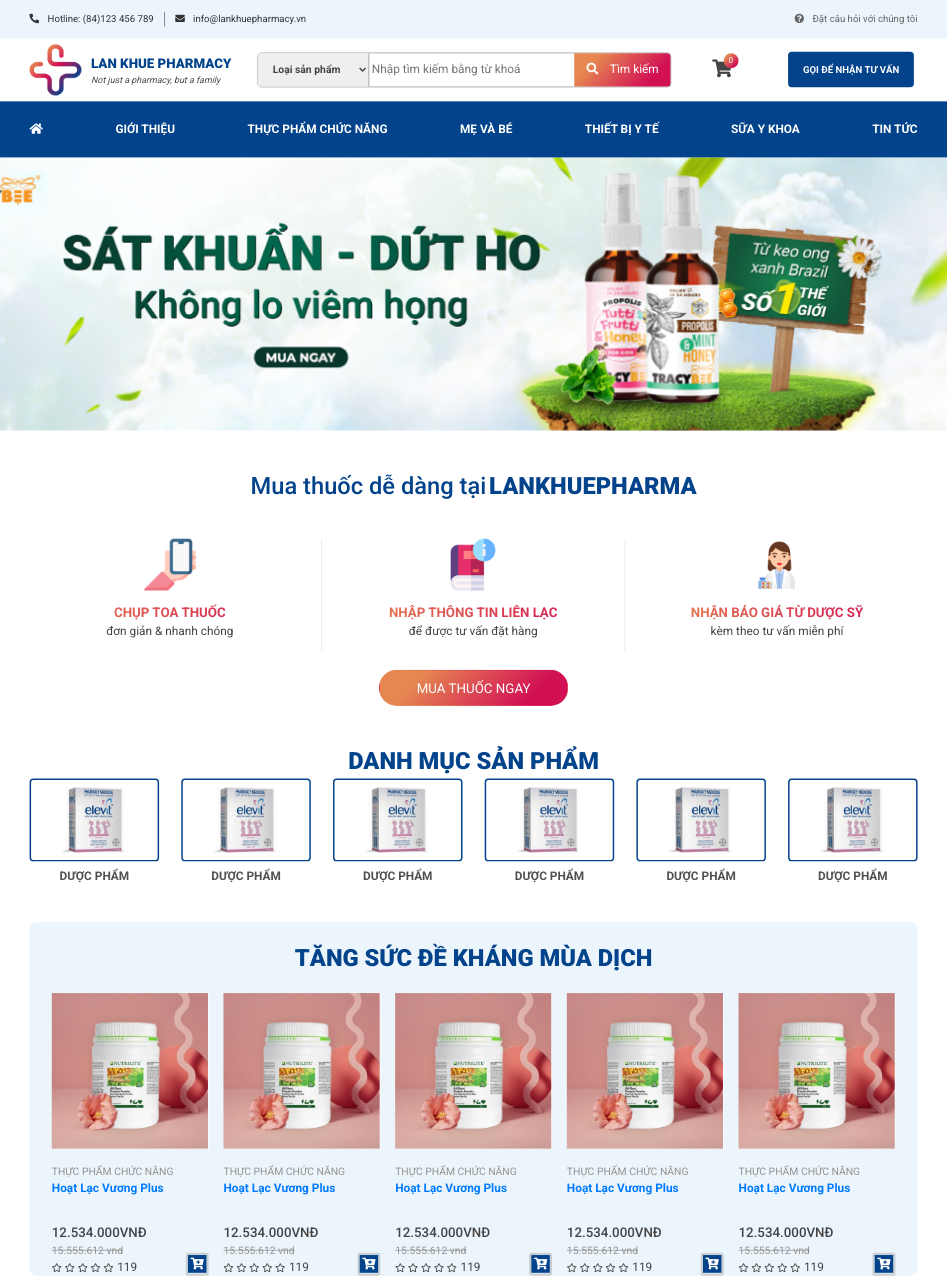
Repository: haianh12082001/Lan-khue
Page: index.html
These files come from the project's save history. The page is drawn as it stood at one moment and after the next save; the edit follows.
The browser window is 1280 px wide. The pictures show the whole page, at 74% of full size.
Some web libraries are served in a nearby version. The style sheet was rebuilt from its Sass, Less or Tailwind sources for each picture, by a compiler version that may differ from the author's.

Above is the page before, as saved 2021-12-18 16:26:18.

### index.html
<!DOCTYPE html>
<html lang="en">
    <head>
        <meta charset="UTF-8" />
        <meta http-equiv="X-UA-Compatible" content="IE=edge" />
        <meta name="viewport" content="width=device-width, initial-scale=1.0" />
        <title>Document</title>
        <link href="https://fonts.googleapis.com/css2?family=Roboto:wght@400;500;700;900&display=swap" rel="stylesheet" />
        <link rel="stylesheet" href="./assets/fonts/fontawesome-free-5.15.3/css/all.min.css" />
        <link
            rel="stylesheet"
            href="https://cdn.jsdelivr.net/npm/bootstrap@4.6.0/dist/css/bootstrap.min.css"
            integrity="sha384-B0vP5xmATw1+K9KRQjQERJvTumQW0nPEzvF6L/Z6nronJ3oUOFUFpCjEUQouq2+l"
            crossorigin="anonymous"
        />
        <link rel="stylesheet" type="text/css" href="https://cdn.jsdelivr.net/npm/slick-carousel@1.8.1/slick/slick.css" />
        <link rel="stylesheet" href="./assets/css/app.css" />
    </head>
    <body>
        <div class="top-header">
            <div class="container">
                <div class="py-3 d-flex justify-content-between align-items-center">
                    <div class="info d-flex">
                        <div class="top-header-hotline">
                            <i class="fas fa-phone-alt"></i>
                            Hotline: (84)123 456 789
                        </div>
                        <div class="top-header-email">
                            <i class="fas fa-envelope"></i>
                            info@lankhuepharmacy.vn
                        </div>
                    </div>
                    <div class="question">
                        <a href="">
                            <i class="fas fa-question-circle"></i>
                            Đặt câu hỏi với chúng tôi
                        </a>
                    </div>
                </div>
            </div>
        </div>
        <header class="header">
            <div class="header-searchbar py-2">
                <div class="container">
                    <div class="row align-items-center">
                        <div class="col-lg-3 col-3">
                            <div class="header-logo">
                                <a href="" class="d-flex flex-shrink-0">
                                    <img src="./assets/img/logo.png" alt="" />
                                    <div class="body">
                                        <div class="name">LAN KHUE PHARMACY</div>
                                        <div class="slogan">Not just a pharmacy, but a family</div>
                                    </div>
                                </a>
                            </div>
                        </div>
                        <div class="col-lg-6 col-3">
                            <div class="input-group">
                                <form action="" class="header-search">
                                    <select name="CatId" id="catalog">
                                        <option value="">Loại sản phẩm</option>
                                        <option value="">Danh mục thuốc</option>
                                        <option value="">Thực Phẩm Chức Năng</option>
                                        <option value="">Mẹ Và Bé</option>
                                        <option value="">Thiết Bị Y Tế</option>
                                        <option value="">Sữa y khoa</option>
                                        <option value="">Các sản phẩm khác</option>
                                    </select>
                                    <input type="text" placeholder="Nhập tìm kiếm bằng từ khoá" />

                                    <button type="submit">
                                        <i class="fas fa-search"></i>
                                        Tìm kiếm
                                    </button>
                                </form>
                            </div>
                        </div>
                        <div class="col-lg-1 col-3 d-flex align-items-center">
                            <div class="header-cart position-relative">
                                <i class="fas fa-shopping-cart"></i>
                                <span id="itemshop">0</span>
                            </div>
                        </div>
                        <div class="col-lg-2 col-3 d-none d-lg-block">
                            <a href="" class="header-btn"> Gọi để nhận tư vấn </a>
                        </div>
                    </div>
                </div>
            </div>
            <div class="header-menu">
                <div class="container">
                    <ul class="menu-list">
                        <li class="menu-item">
                            <a href=""><i class="fas fa-home"></i></a>
                        </li>
                        <li class="menu-item">
                            <a href="">Giới thiệu</a>
                        </li>
                        <li class="menu-item">
                            <a href="">Thực phẩm chức năng</a>
                        </li>
                        <li class="menu-item">
                            <a href="">Mẹ và bé</a>
                        </li>
                        <li class="menu-item">
                            <a href="">Thiết bị y tế</a>
                        </li>
                        <li class="menu-item">
                            <a href="">Sữa y khoa</a>
                        </li>
                        <li class="menu-item">
                            <a href="">Tin tức</a>
                        </li>
                    </ul>
                </div>
            </div>
        </header>
        <section class="banner">
            <img src="./assets/img/banner.jpg" alt="" />
        </section>
        <!-- Mua thuốc dễ dàng tại lankhuepharma -->
        <section class="section-buy-medicine">
            <div class="container">
                <div class="text-center">
                    <span class="title-sub">Mua thuốc dễ dàng tại</span>
                    <span class="section-title">lankhuepharma</span>
                </div>
                <div class="row pt-lg-5">
                    <div class="col-lg-4 item">
                        <div class="text-center">
                            <img src="./assets/img/buy-medicine/selfie 1.png" alt="" />
                            <div class="body p-3">
                                <div class="name">Chụp toa thuốc</div>
                                <div class="des">đơn giản & nhanh chóng</div>
                            </div>
                        </div>
                    </div>
                    <div class="col-lg-4 item">
                        <div class="text-center">
                            <img src="./assets/img/buy-medicine/Group 375.png" alt="" />
                            <div class="body p-3">
                                <div class="name">nhập thông tin liên lạc</div>
                                <div class="des">để được tư vấn đặt hàng</div>
                            </div>
                        </div>
                    </div>
                    <div class="col-lg-4 item">
                        <div class="text-center">
                            <img src="./assets/img/buy-medicine/pharmacist 1.png" alt="" />
                            <div class="body p-3">
                                <div class="name">nhận báo giá từ dược sỹ</div>
                                <div class="des">kèm theo tư vấn miễn phí</div>
                            </div>
                        </div>
                    </div>
                </div>
                <div class="text-center pt-lg-4">
                    <a href="" class="btn">Mua thuốc ngay</a>
                </div>
            </div>
        </section>
        <!-- Danh mục sản phẩm -->
        <section class="product-category">
            <div class="container">
                <div class="section-title text-center">danh mục sản phẩm</div>
                <div class="list">
                    <div class="item">
                        <div class="product-category-img">
                            <a href=""><img src="./assets/img/product-category/elevit-196915 1.jpg" alt="" /></a>
                        </div>
                        <a href="" class="name">Dược phẩm</a>
                    </div>
                    <div class="item">
                        <div class="product-category-img">
                            <a href=""><img src="./assets/img/product-category/elevit-196915 1.jpg" alt="" /></a>
                        </div>
                        <a href="" class="name">Dược phẩm</a>
                    </div>
                    <div class="item">
                        <div class="product-category-img">
                            <a href=""><img src="./assets/img/product-category/elevit-196915 1.jpg" alt="" /></a>
                        </div>
                        <a href="" class="name">Dược phẩm</a>
                    </div>
                    <div class="item">
                        <div class="product-category-img">
                            <a href=""><img src="./assets/img/product-category/elevit-196915 1.jpg" alt="" /></a>
                        </div>
                        <a href="" class="name">Dược phẩm</a>
                    </div>
                    <div class="item">
                        <div class="product-category-img">
                            <a href=""><img src="./assets/img/product-category/elevit-196915 1.jpg" alt="" /></a>
                        </div>
                        <a href="" class="name">Dược phẩm</a>
                    </div>
                    <div class="item">
                        <div class="product-category-img">
                            <a href=""><img src="./assets/img/product-category/elevit-196915 1.jpg" alt="" /></a>
                        </div>
                        <a href="" class="name">Dược phẩm</a>
                    </div>
                </div>
            </div>
        </section>
        <!-- Tăng sức đề kháng mùa dịch -->
        <div class="container">
            <div class="bg-light-blue">
                <div class="section-title text-center py-4">Tăng sức đề kháng mùa dịch</div>
                <div class="row row-cols-lg-5 gutters-10">
                    <div class="col-lg col-6">
                        <div class="product-item">
                            <div class="product-img">
                                <a href="">
                                    <img src="./assets/img/product/Rectangle 305.jpg" alt="" />
                                </a>
                            </div>
                            <div class="product-info">
                                <div class="category">thực phẩm chức năng</div>
                                <div class="name"><a href="">Hoạt Lạc Vương Plus</a></div>
                                <div class="price">
                                    <div class="new-price">12.534.000VNĐ</div>
                                    <div class="old-price">15.555.612 vnd</div>
                                </div>
                                <div class="out-stock">
                                    hết hàng
                                    <a href="">Liên hệ</a>
                                </div>
                                <div class="evaluate-product">
                                    <div class="icon">
                                        <i class="far fa-star"></i>
                                        <i class="far fa-star"></i>
                                        <i class="far fa-star"></i>
                                        <i class="far fa-star"></i>
                                        <i class="far fa-star"></i>
                                    </div>
                                    <div class="number">119</div>
                                </div>
                                <div class="add-cart">
                                    <a href="">
                                        <i class="fas fa-cart-plus"></i>
                                    </a>
                                </div>
                            </div>
                        </div>
                    </div>
                </div>
            </div>
        </div>
        <section class="bestseller"></section>
        <script type="text/javascript" src="https://code.jquery.com/jquery-1.11.0.min.js"></script>
        <script type="text/javascript" src="https://code.jquery.com/jquery-migrate-1.2.1.min.js"></script>
        <script
            src="https://cdnjs.cloudflare.com/ajax/libs/bootstrap/4.6.0/js/bootstrap.min.js"
            integrity="sha512-XKa9Hemdy1Ui3KSGgJdgMyYlUg1gM+QhL6cnlyTe2qzMCYm4nAZ1PsVerQzTTXzonUR+dmswHqgJPuwCq1MaAg=="
            crossorigin="anonymous"
            referrerpolicy="no-referrer"
        ></script>
        <script type="text/javascript" src="https://cdn.jsdelivr.net/npm/slick-carousel@1.8.1/slick/slick.min.js"></script>
        <script src="./assets/js/main.js"></script>
        <script src="./assets/js/clone.js"></script>
    </body>
</html>

### assets/js/main.js
$(document).ready(function () {
    $('.product-category .list').slick({
        slidesToShow: 6,
        slidesToScroll: 1,
        infinite: true,
        arrows: false,
        speed: 2000,
        autoplaySpeed: 3000,

    });
})

### assets/js/clone.js
$(function () {
    ///Product
    var productList1 = $('.bg-light-blue .gutters-10');
    var productItem1 = $('.bg-light-blue .col-lg');
    for (i = 0; i < 4; i++) {
        productItem1.clone().appendTo(productList1);
    }

})

### assets/sass/app.scss
@import "variables";
@import "mixin";
@import "reset";
@import "global";
@import "header";
@import "body";

### assets/sass/_variables.scss
$black: #444444;
$grey: #656565;
$blue: #02438b;
$white: #ffffff;
$soft-grey: #959391;
$background-gradient: linear-gradient(134.52deg, #e68651 21.07%, #d21155 79.08%);

### assets/sass/_mixin.scss
@mixin maxWidth($q) {
    @media screen and (max-width: $q) {
        @content;
    }
}
@mixin minWidth($q) {
    @media screen and (min-width: $q) {
        @content;
    }
}

@mixin text-gradient {
    color: transparent;
    background-clip: text;
    -webkit-background-clip: text;
    background-image: linear-gradient(to right, #e68651, #d21155);
}
@mixin text-truncate($q) {
    display: -webkit-box;
    -webkit-line-clamp: $q;
    -webkit-box-orient: vertical;
    overflow: hidden;
    text-overflow: ellipsis;
    word-break: break-word;
}

### assets/sass/_reset.scss
html {
    box-sizing: border-box;
    scroll-behavior: smooth;
}
* {
    margin: 0;
    padding: 0;
}
*,
*:before,
*:after {
    box-sizing: border-box;
}
input,
textarea,
select,
button {
    outline: none;
}
input {
    line-height: normal;
    outline: none;
    box-shadow: none;
}
input:focus {
    outline: 0;
    border: none;
    box-shadow: none;
}
ul,
li {
    margin: 0;
    padding: 0;
    list-style: none;
}
label,
button {
    cursor: pointer;
}
a {
    text-decoration: none;

    &:hover {
        text-decoration: none;
    }
}
img {
    max-width: 100%;
    object-fit: cover;
}
.gutters-5 > [class*="col-"] {
    padding-right: 5px;
    padding-left: 5px;
}

### assets/sass/_global.scss
.container {
    max-width: 1230px;
    margin: 0 auto;
    padding: 0 15px;
}
body {
    margin: 0;
    padding: 0;
    width: 100%;
    font-size: 16px;
    color: $black;
    font-family: "Roboto", sans-serif;
    @include maxWidth(768px) {
        font-size: 14px;
    }
}
.section-title {
    font-size: 32px;
    text-transform: uppercase;
    color: $blue;
    font-weight: 900;
}
.gutters-10 {
    margin-left: -10px;
    margin-right: -10px;
}
.gutters-10 [class^="col-"] {
    padding-left: 10px;
    padding-right: 10px;
}

### assets/sass/_header.scss
.top-header {
    background: #ebf5fb;
    font-size: 13px;
    color: $grey;
    .info {
        color: #333333;
    }
    .question a {
        color: $grey;
    }
    i {
        margin-right: 8px;
    }
}
.top-header-hotline {
    padding-right: 14px;
    border-right: 1px solid $grey;
}
.top-header-email {
    padding-left: 14px;
}
.header-logo {
    flex: 1;
    img {
        width: 70px;
        height: 69px;
        object-fit: contain;
    }
    .body {
        margin-left: 13px;
        display: flex;
        flex-direction: column;
        justify-content: center;
    }
    .name {
        font-weight: 900;
        color: $blue;
        font-size: 18px;
    }
    .slogan {
        font-size: 12px;
        color: #4a4a4a;
        font-style: italic;
    }
}
.header-search {
    background: #ffffff;
    border: 1px solid #949494;
    box-sizing: border-box;
    border-radius: 5px;
    #catalog {
        border: none;
        padding: 0 16px;
        height: 100%;
        width: 150px;
        font-size: 14px;
        color: #444444;
        font-weight: bold;
        border-right: 0.25px solid #949494;
        // width: 30%;
    }
    input {
        border: none;
        width: 270px;
        // max-width: 300px;
    }
    button {
        background: $background-gradient;
        border: none;
        height: 45px;
        padding: 0 16px;
        border-radius: 0px 5px 5px 0px;
        color: $white;
        i {
            margin-right: 12px;
        }
    }
}
.header-cart {
    i {
        font-size: 24px;
    }
    span {
        width: 20px;
        height: 20px;
        display: flex;
        align-items: center;
        justify-content: center;
        position: absolute;
        background: $background-gradient;
        border-radius: 100rem;
        top: -8px;
        right: -8px;
        font-size: 11px;
        color: $white;
    }
}
.header-btn {
    padding: 14px 20px;
    background: $blue;
    display: inline-block;
    border-radius: 5px;
    color: $white;
    font-weight: 700;
    text-transform: uppercase;
    font-size: 13px;
    &:hover {
        color: $white;
    }
}
.header-menu {
    background: $blue;
}
.menu-list {
    display: flex;
    justify-content: space-between;
    text-transform: uppercase;
    padding: 26px 0;
    font-weight: 700;
    a {
        color: $white;
    }
}

### assets/sass/_body.scss
.banner img {
    height: 369px;
    width: 100%;
    object-fit: cover;
}
.section-buy-medicine {
    padding: 50px 0;
    .title-sub {
        color: $blue;
        font-size: 32px;
        font-weight: 500;
    }
    .item {
        border-right: 1px solid #e1e7ed;
        &:last-child {
            border: none;
        }
    }
    .name {
        text-transform: uppercase;
        font-size: 18px;
        font-weight: bold;
        @include text-gradient;
    }
    img {
        max-height: 70px;
    }
    .btn {
        background: $background-gradient;
        text-transform: uppercase;
        color: $white;
        font-size: 18px;
        padding: 10px 50px;
        border-radius: 50px;
    }
}
.product-category {
    padding-bottom: 50px;
    .item {
        padding: 0 15px;
    }
    &-img {
        border: 2px solid $blue;
        border-radius: 5px;
        display: flex;
        justify-content: center;
        height: 112px;
        img {
            height: 100%;
            padding: 10px 0;
        }
    }
    .name {
        margin-top: 8px;
        text-align: center;
        text-transform: uppercase;
        color: #505050;
        display: block;
        font-weight: 700;
        @include text-truncate(2);
        &:hover {
            color: $blue;
        }
    }
    .slick-list {
        margin: 0 -15px;
    }
}
.bg-light-blue {
    background: #ebf5fb;
    border-radius: 10px;
    padding: 0 30px;
}
.product-img {
    img {
        width: 100%;
        height: 211px;
    }
}
.product-info {
    padding-top: 20px;
    position: relative;
    .category {
        text-transform: uppercase;
        color: $soft-grey;
        font-size: 14px;
    }
    .name {
        font-weight: 700;
        margin-bottom: 13px;
        height: 45px;
        @include text-truncate(2);
    }
    .new-price {
        font-weight: 500;
        font-size: 18px;
    }
    .old-price {
        font-size: 14px;
        text-decoration: line-through;
        color: $soft-grey;
    }
    .out-stock {
        display: none;
    }
    .add-cart {
        position: absolute;
        bottom: 0;
        right: 0;
        width: 31px;
        height: 31px;
        display: flex;
        text-align: center;
        justify-content: center;
        align-items: center;

        border-radius: 3px;
        border: 3px solid rgba($color: #3b3b3b, $alpha: 0.2);
        a {
            flex: 1;
            background: $blue;
            color: $white;
        }
    }
}

.evaluate-product {
    display: flex;
    i {
        font-size: 12px;
    }
    .number {
        margin-left: 5px;
    }
}

Loaded but not shown: assets/fonts/fontawesome-free-5.15.3/css/all.min.css (library)

After the next save:
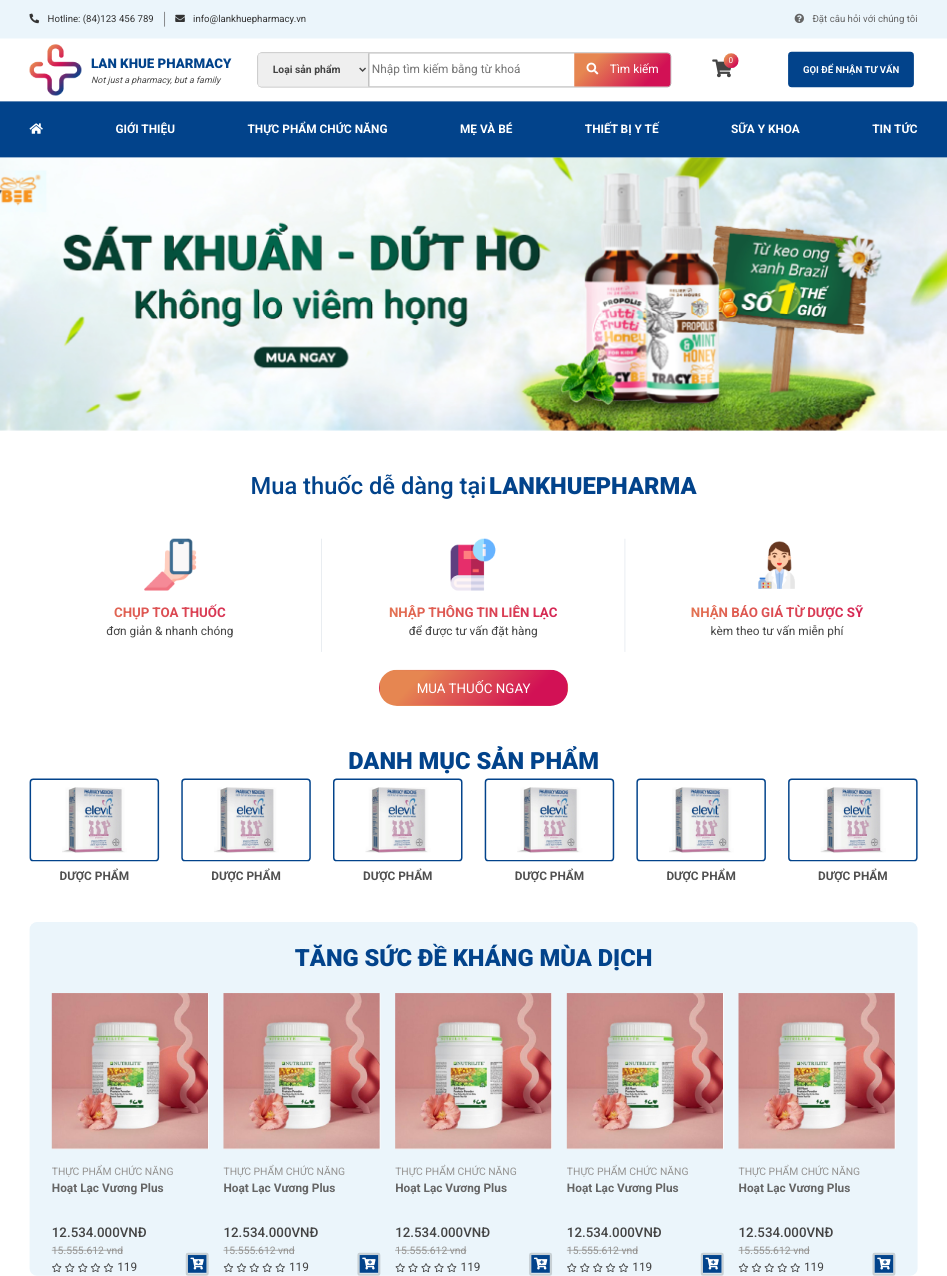
Saved 37 s later.
--- a/assets/sass/_body.scss
+++ b/assets/sass/_body.scss
@@ -90,6 +90,9 @@
         margin-bottom: 13px;
         height: 45px;
         @include text-truncate(2);
+        a {
+            color: $grey;
+        }
     }
     .new-price {
         font-weight: 500;
